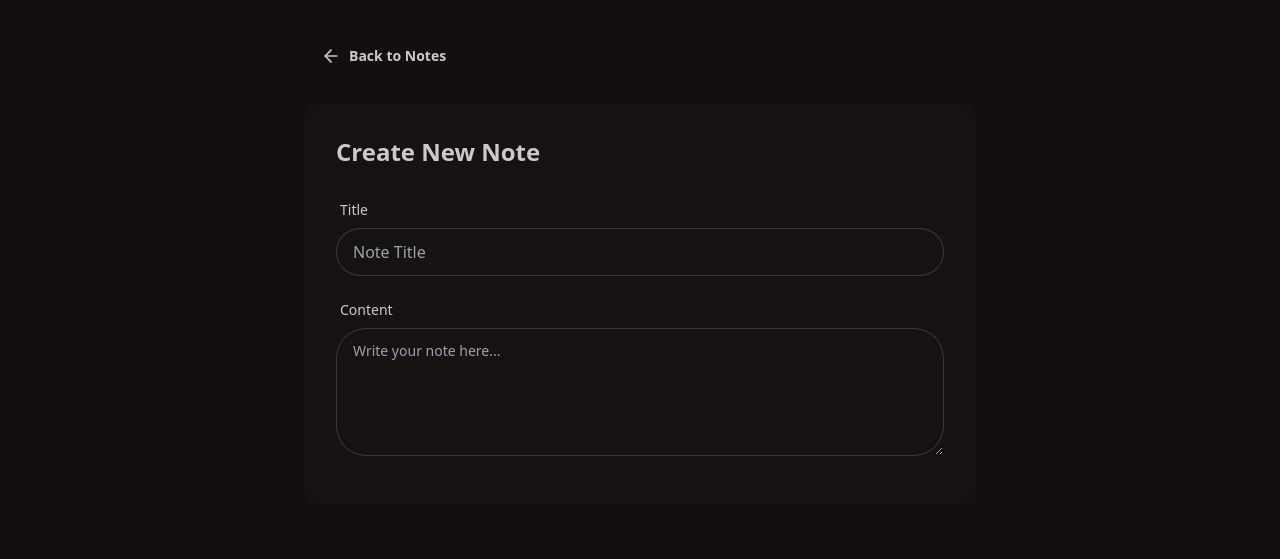
Repository: Harsha201105/ThinkBoard
Page: /create (app in frontend/)
An editor plug-in stored every save of this project. The page is shown before and after the next save, followed by the edit.
The browser window is 1280 px wide. The pictures show the whole page.
The project was rebuilt for these pictures with package versions that can differ from the ones it lists, and the page was loaded fresh each time. Also part of the build but not shown: frontend/vite.config.js, frontend/src/components/NavBar.jsx, frontend/src/components/RateLimitedUI.jsx, frontend/src/components/NoteCard.jsx, frontend/src/pages/HomePage.jsx, frontend/src/pages/NoteDetailPage.jsx.

Above is the page before, as saved 2025-09-07 20:42:04.

After the next save:
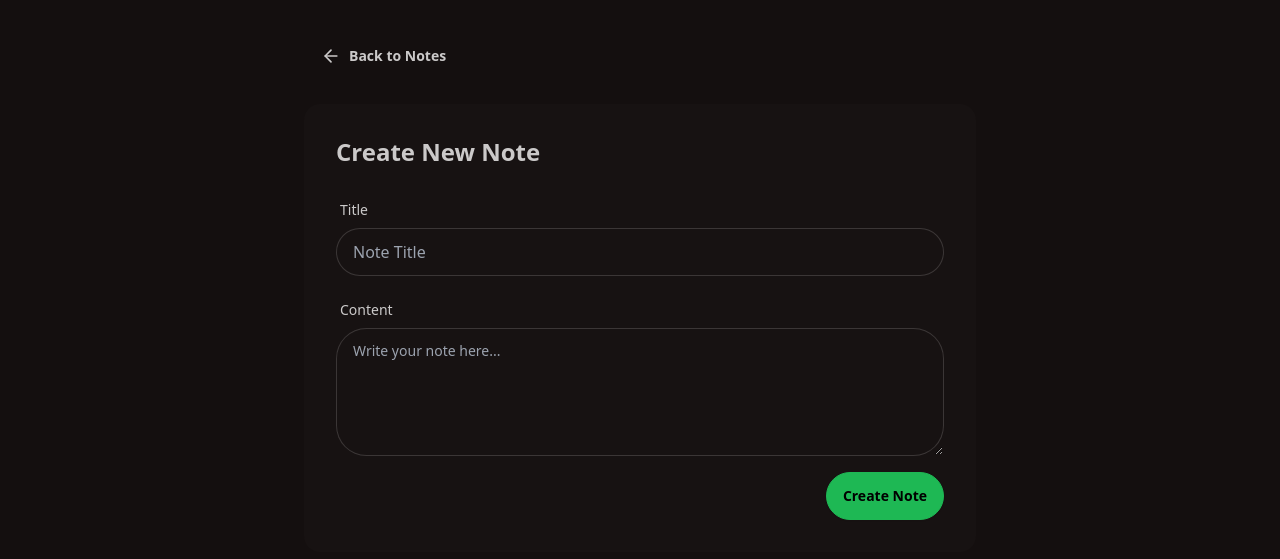
Saved 6 min 1 s later.
--- a/frontend/src/pages/CreatePage.jsx
+++ b/frontend/src/pages/CreatePage.jsx
@@ -45,6 +45,11 @@
               onChange={(e)=>setContent(e.target.value)}
               />
             </div>
+            <div className='card-actions justify-end'>
+              <button type='submit' className='btn btn-primary' disabled={loading}>
+                {loading? "Creating...":"Create Note"}
+              </button>
+            </div>
           </form>
        </div>
     </div>
